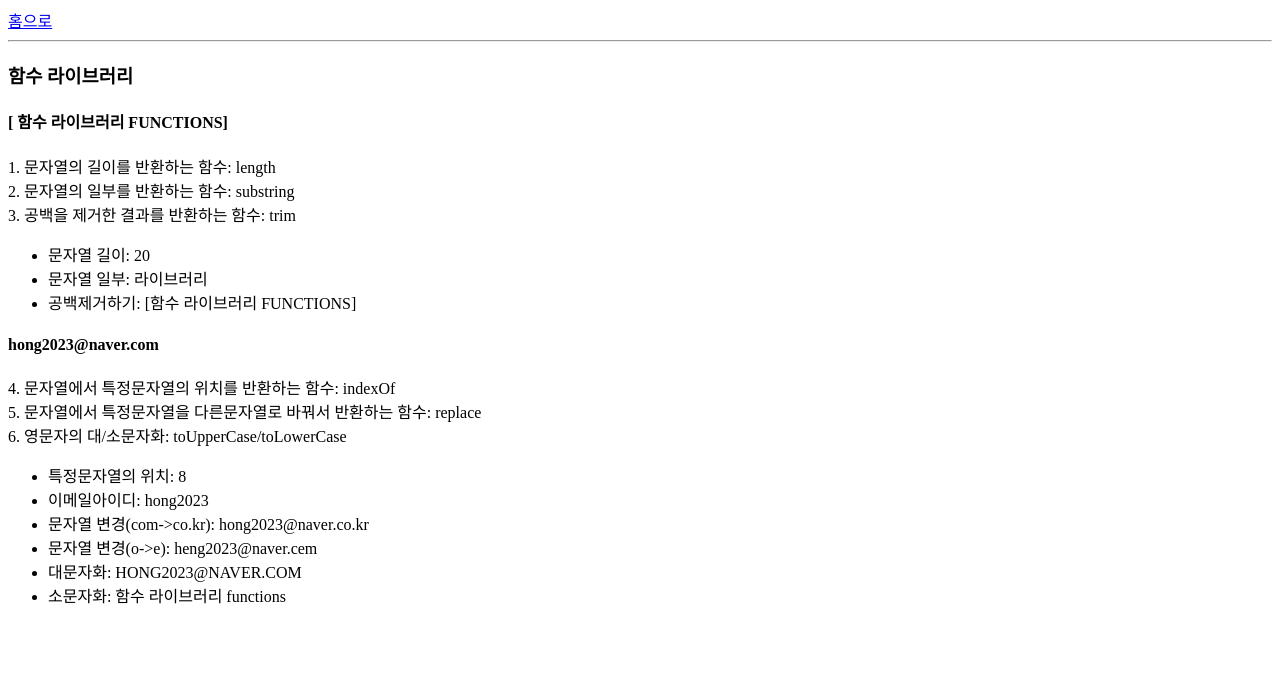
Repository: linklifejo/study_web
Page: http://localhost/servlet02/jstl/functions.jsp
An editor plug-in stored every save of this project. The page is shown before and after the next save, followed by the edit.
The browser window is 1280 px wide. The pictures show the whole page.
The page is served by Tomcat 9.

Above is the page before, as saved 2023-02-08 01:57:58.

After the next save:
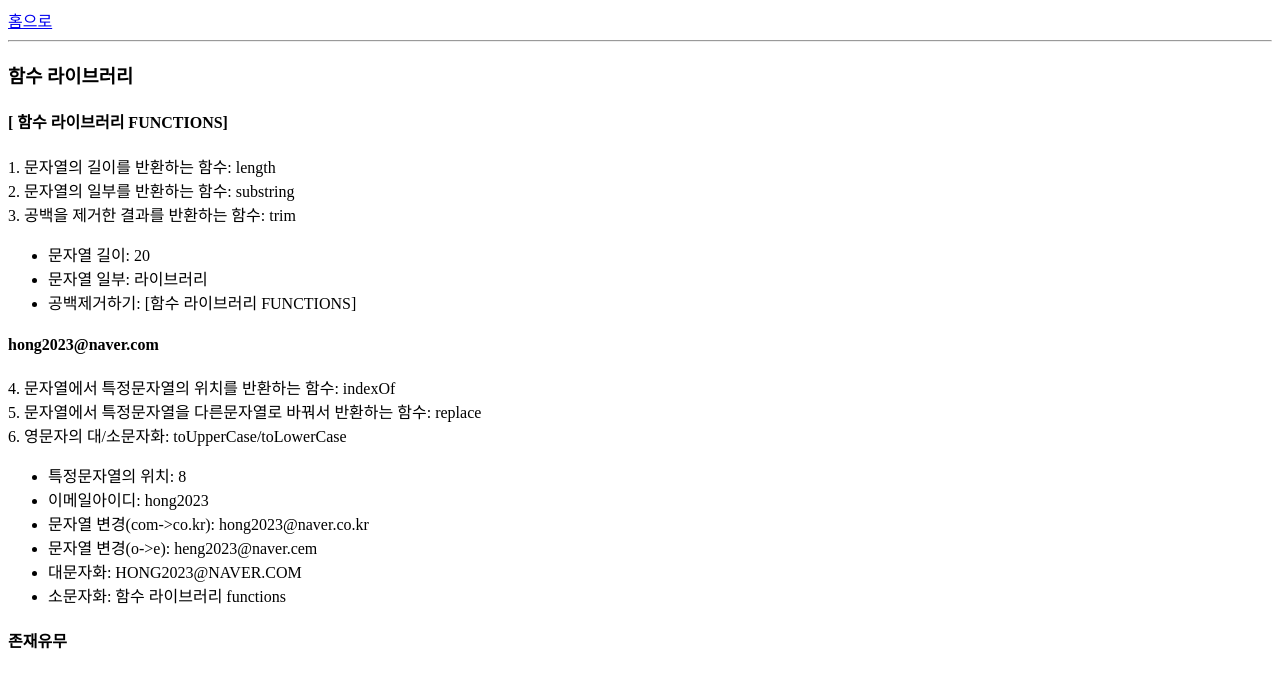
Saved 10 s later.
--- a/servlet02/src/main/webapp/jstl/functions.jsp
+++ b/servlet02/src/main/webapp/jstl/functions.jsp
@@ -39,6 +39,7 @@
 </ul>
 
 <c:set var='subject' value='java,jsp/css,jquery'/>
+<h4>존재유무</h4>
 
 
 
